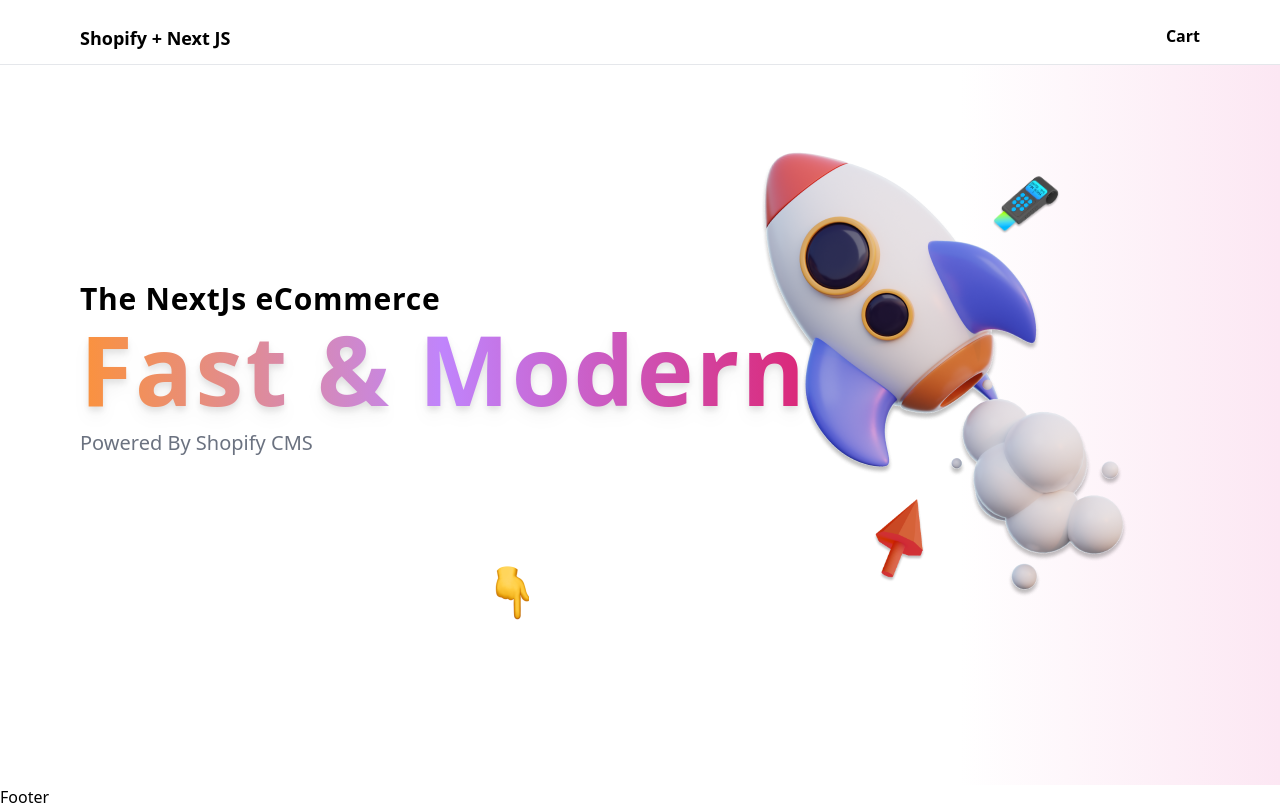
Repository: Krishna-bansall/store
Page: /
These files come from the project's save history. The page is drawn as it stood at one moment and after the next save; the edit follows.
The browser window is 1280 px wide. The pictures show the whole page.
The project was rebuilt for these pictures with package versions that can differ from the ones it lists, and the page was loaded fresh each time. The framework's server and built-in components were replaced by stand-ins that run in the browser. Also part of the build but not shown: next.config.js, utils/helpers.js, components/ProductCard.js, components/ProductList.js.

Above is the page before, as saved 2022-04-10 18:11:13.

### pages/_app.tsx
import '../styles/globals.css'
import { AnimatePresence } from 'framer-motion'
import Layout from '../components/Layout'
import type { AppProps } from 'next/app'

function MyApp({ Component, pageProps }: AppProps) {
  return (
        <AnimatePresence exitBeforeEnter>
          <Layout>
            <Component {...pageProps} />
          </Layout>
        </AnimatePresence>
    )
}

export default MyApp

### pages/index.js
// import { getProductInCollection, getProduct } from '../lib/shopify'
import ProductList from '../components/ProductList'
import HeroSection from '../components/HeroSection'

const Home = ({ products }) => {
  return (
    <div className="">
      <HeroSection />
      {/* <ProductList product={products} />{' '} */}
    </div>
  )
}
// export async function getStaticProps() {
//   const products = await getProductInCollection()

//   return {
//     props: { products }, // will be passed to the page component as props
//   }
// }

export default Home

### components/Layout.js
import React, { Children } from 'react'
import Nav from './Nav'
import HeroSection from './HeroSection'
function Layout({ children }) {
  return (
    <div className="flex flex-col justify-between">
      <Nav />
      <div className="overflow-hidden">
        <main>{children}</main>
        <footer>Footer</footer>
      </div>
    </div>
  )
}

export default Layout

### components/HeroSection.js
import React from 'react'
import Link from 'next/link'
import Image from 'next/image'
import rocket from '../public/images/rocket.png'
import machine from '../public/images/machine.png'
import cursor from '../public/images/cursor.png'
import down from '../public/images/down.png'
function HeroSection() {
  return (
    <div className="relative grid h-screen grid-cols-2 bg-white">
      <div
        className="z-10 col-span-2 grid max-h-screen grid-cols-[1fr_3fr_1fr] grid-rows-[3fr_2fr_3fr]
      px-4 py-20 md:grid-cols-[2fr_1fr] md:grid-rows-[1fr_2fr_2fr] md:px-20"
      >
        <div className="col-start-2 row-start-2 flex h-full items-center justify-center text-center md:col-start-1 md:justify-start md:text-left">
          <div className="absolute -translate-y-1/2 md:translate-y-0">
            <h3 className="mb-1 max-w-xl text-lg font-semibold tracking-wide md:text-2xl lg:text-3xl 2xl:text-5xl">
              The NextJs eCommerce
            </h3>
            <h1
              className="mb-3 max-w-full bg-gradient-to-r from-orange-400 via-purple-400 to-pink-600 bg-clip-text
          text-4xl font-black text-transparent drop-shadow-lg md:text-6xl md:tracking-wide lg:text-8xl 2xl:text-9xl"
            >
              Fast & Modern
            </h1>
            <p className="text-sm text-gray-500 md:text-xl 2xl:text-3xl">
              Powered By Shopify CMS
            </p>
          </div>
        </div>

        <div className="col-start-3 flex justify-start md:col-start-2 md:justify-center">
          <div className="flex w-full items-end md:w-[clamp(3rem,7rem,10rem)] xl:ml-6">
            <Image className="" src={machine} alt="Machine" />
          </div>
        </div>

        <div className="col-start-2 row-start-1 hidden items-start md:visible md:row-start-2 md:grid ">
          <div className="absolute grid max-w-xs self-center justify-self-end lg:max-w-full">
            <Image className="" src={rocket} alt="Rocket" />
          </div>
        </div>

        <div className="visible  col-start-2 row-start-1 flex items-end justify-center md:hidden">
          <div className="flex w-40 items-end">
            <Image className="-rotate-90 " src={rocket} alt="Rocket" />
          </div>
        </div>

        <div className="col-start-3 row-start-2 grid md:col-start-2 md:row-start-3">
          <div className="flex items-start md:w-[clamp(3rem,7rem,10rem)] xl:ml-6">
            <Image
              className="-rotate-45 md:rotate-0"
              src={cursor}
              alt="Cursor"
            />
          </div>
        </div>
        <div className="col-start-2 row-start-3 flex items-center justify-center md:col-start-1">
          <div className="w-10 md:ml-4 lg:ml-28">
            <Image src={down} alt="down" />
          </div>
        </div>
      </div>

      <div
        className="absolute col-start-2 h-full w-full bg-gradient-to-bl from-pink-100
         via-white to-transparent md:bg-gradient-to-l"
      ></div>
    </div>
  )
}

export default HeroSection

### components/Nav.js
import React from 'react'
import Link from 'next/link'
export default function Nav() {
  return (
    <header className="sticky top-0 z-20 border-b  backdrop-blur-md">
      <div className="item-center flex max-w-6xl justify-between px-4 pt-6 pb-3 md:px-20 lg:max-w-full">
        <Link href="/" passHref>
          <a className="cursor-pointer">
            <span className="pt-1 text-lg font-bold 2xl:text-3xl">
              Shopify + Next JS
            </span>
          </a>
        </Link>
        <a className="text-medium cursor pointer font-bold 2xl:text-2xl">
          Cart
        </a>
      </div>
    </header>
  )
}

Loaded but not shown: styles/globals.css (common file); tailwind.config.js (common file)

After the next save:
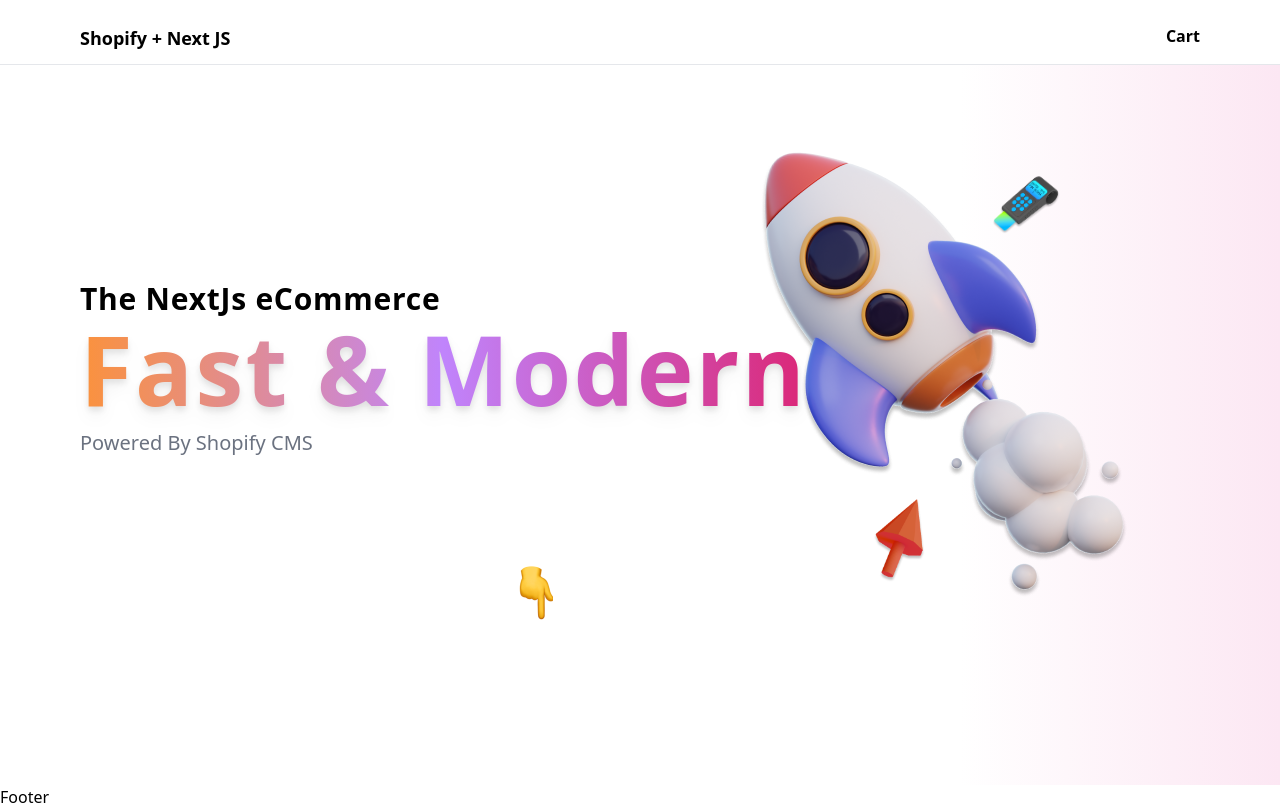
Saved 5 s later.
--- a/components/HeroSection.js
+++ b/components/HeroSection.js
@@ -57,7 +57,7 @@
           </div>
         </div>
         <div className="col-start-2 row-start-3 flex items-center justify-center md:col-start-1">
-          <div className="w-10 md:ml-4 lg:ml-28">
+          <div className="w-10 md:ml-4 lg:ml-40">
             <Image src={down} alt="down" />
           </div>
         </div>
